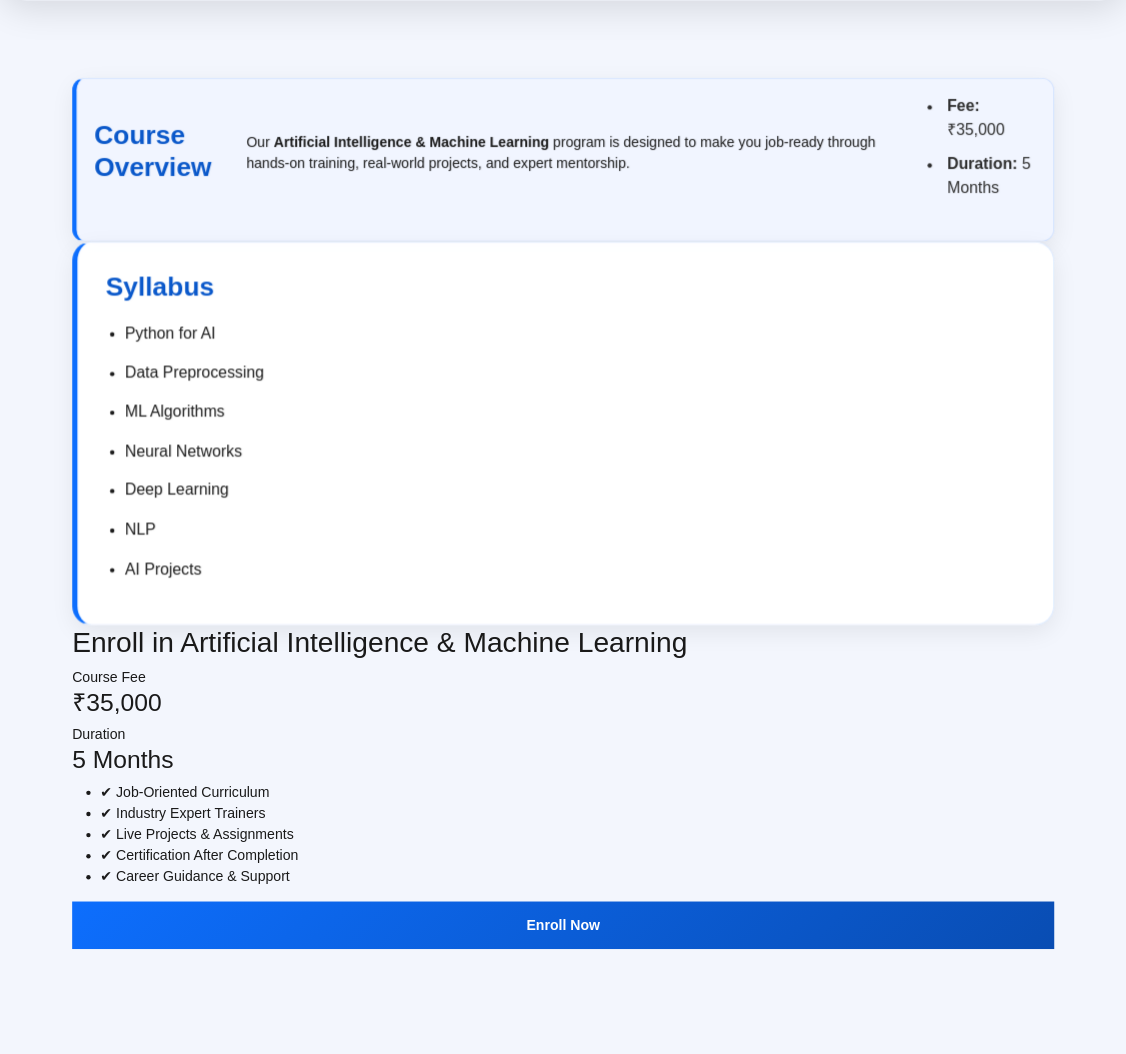
Repository: Aswin74k/project-2
Page: /course/aiml
The author's editor kept a copy of each file at every save. The page is drawn from the files as they stood at one save, then again after the next save.
The browser window is 1280 px wide. The pictures show the part of the page from y = 380 to 1578 px (the page is 1578 px tall before and 1522 px after), at 88% of full size.
The project was rebuilt for these pictures with package versions that can differ from the ones it lists, and the page was loaded fresh each time. Also part of the build but not shown: vite.config.js, src/project/Home.css, src/project/Home.jsx, src/project/About.css, src/project/About.jsx, src/project/Contact.jsx.

Above is the page before, as saved 2025-12-16 15:14:00.

After the next save:
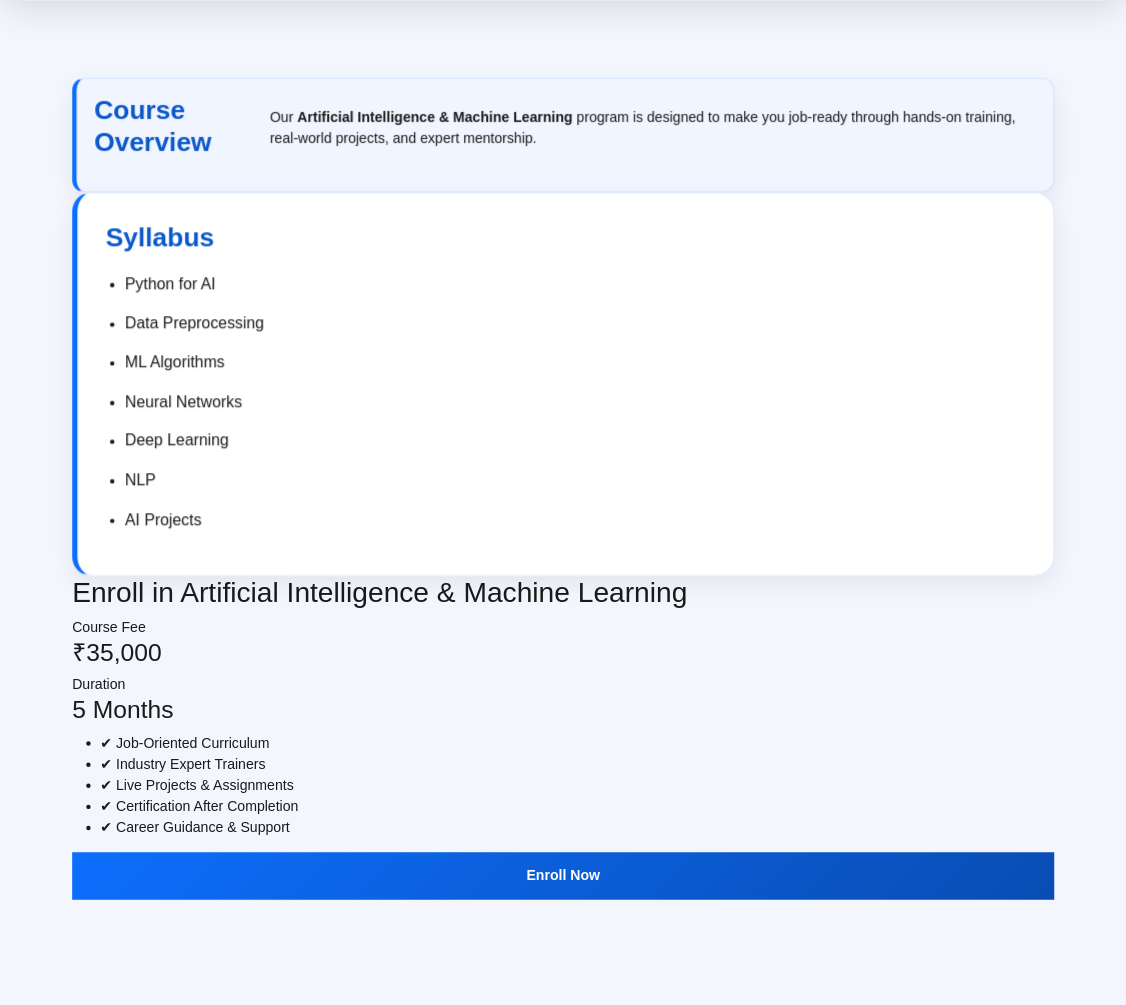
Saved 45 s later.
--- a/src/project/Course.jsx
+++ b/src/project/Course.jsx
@@ -116,10 +116,7 @@ export default function Course() {
             expert mentorship.
           </p>
 
-          <ul className="details-list">
-            <li><strong>Fee:</strong> {course.fee}</li>
-            <li><strong>Duration:</strong> {course.duration}</li>
-          </ul>
+
         </div>
 
         {/* SYLLABUS */}
